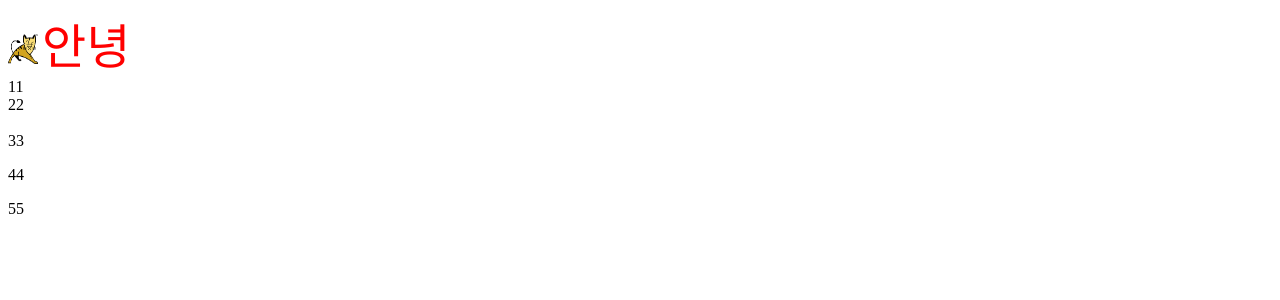
Repository: MinHyeJun/OpenSourceFramework
Page: web_prj/webapp/test.html
The author's editor kept a copy of each file at every save. The page is drawn from the files as they stood at one save, then again after the next save.
The browser window is 1280 px wide. The pictures show the whole page.

Above is the page before, as saved 2018-06-26 02:19:16.

After the next save:
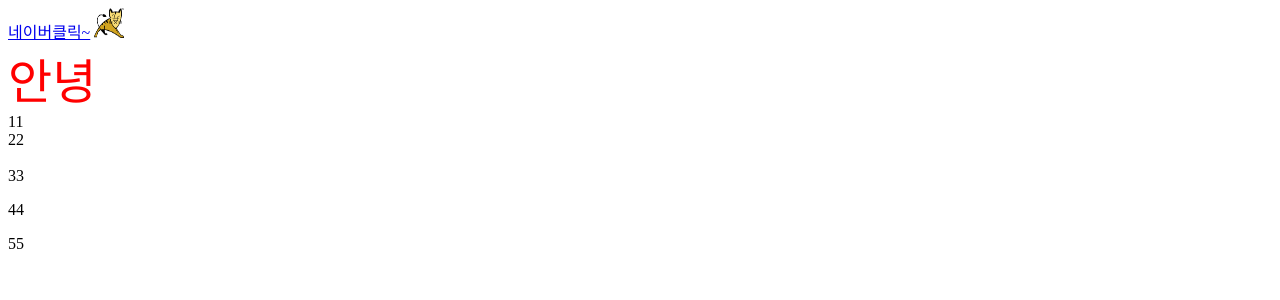
Saved 65 s later.
--- a/web_prj/webapp/test.html
+++ b/web_prj/webapp/test.html
@@ -5,7 +5,8 @@
 <title>Insert title here</title>
 </head>
 <body>
-<img src="tomcat.png" width=30 height=30>
+<a href="http://www.naver.com">네이버클릭~</a>
+<img src="tomcat.png" width=30 height=30><br>
 <font size=10 color=red>안녕</font><br>
 11<br>
 22<br><br>
